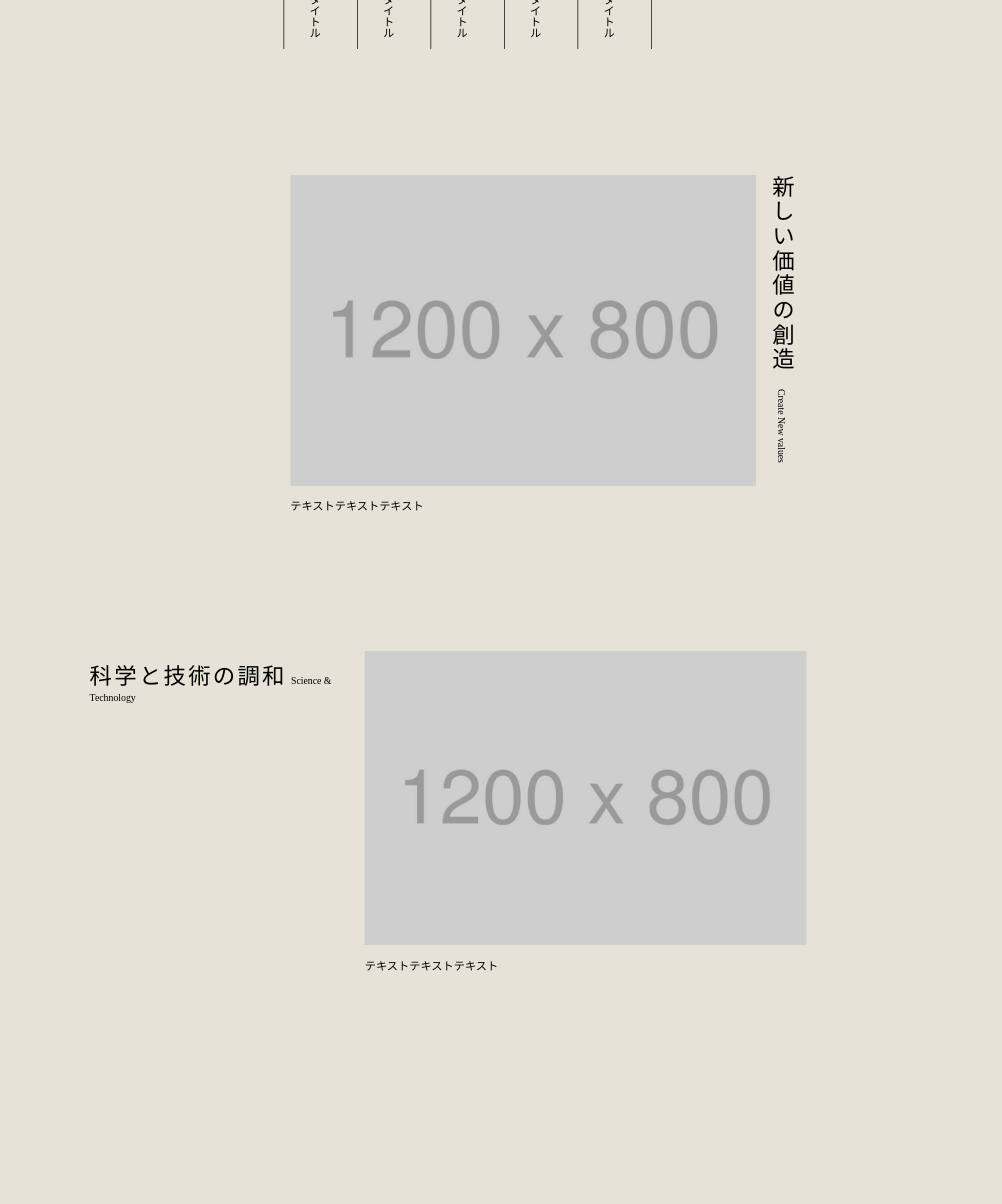
Repository: Fuki-san/wagashi
Page: http://localhost/wagashi
These files come from the project's save history. The page is drawn as it stood at one moment and after a run of saves; the edit follows.
The browser window is 1280 px wide. The page is 1432 px wide, so the pictures cover 1432 px, including what lies to the right of the window. The pictures show the part of the page from y = 1300 to 3020 px (the page is 3730 px tall before and 3930 px after), at 70% of full size.
Pictures or frames that could not be fetched are drawn as grey boxes. The page is served by the project's Laravel application, run on PHP 8.4 with Laravel 10.

Above is the page before, as saved 2023-12-09 16:42:36.

After the next 3 saves:
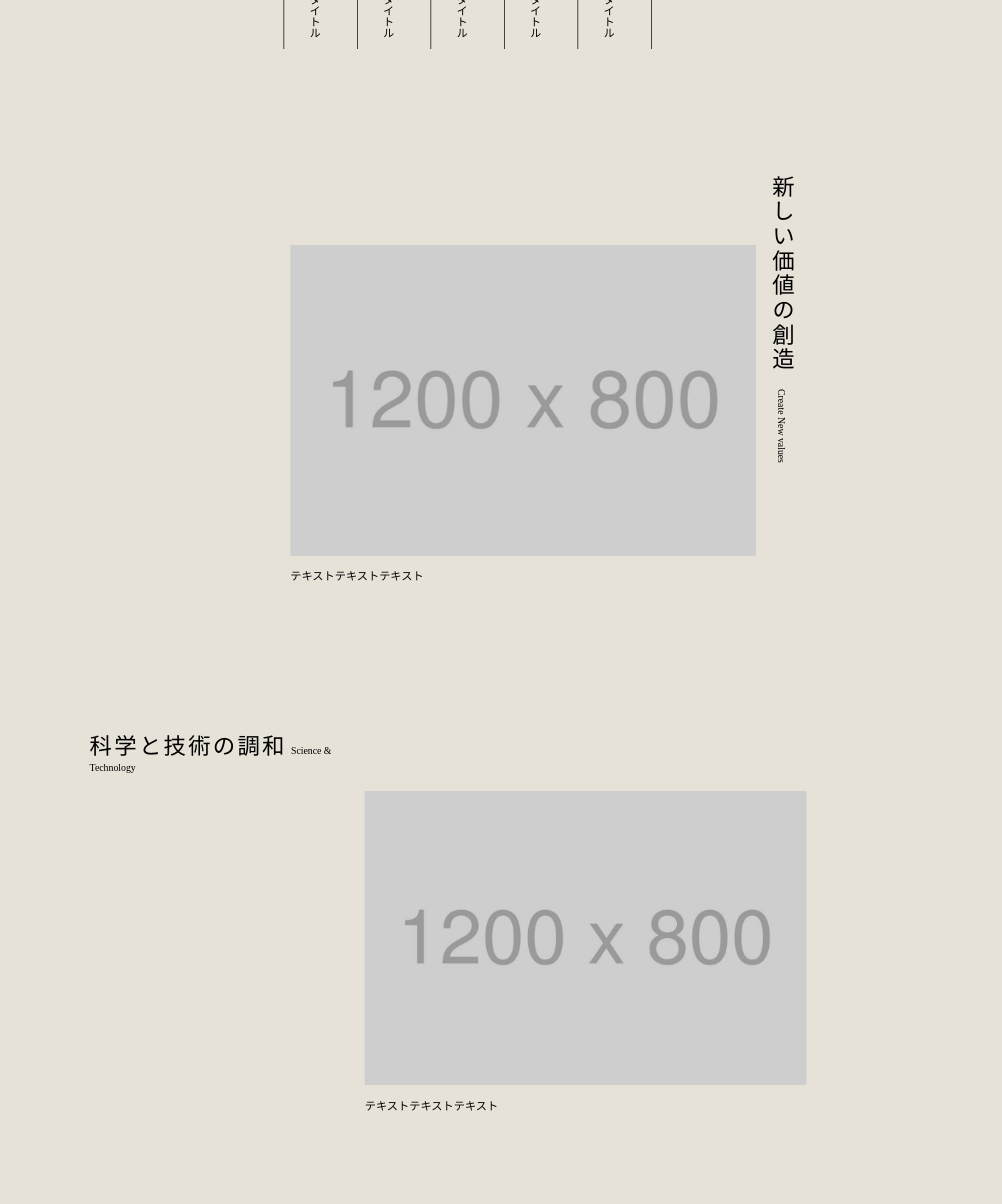
The 3 saves are shown as one change because they came seconds apart.
The last was saved 10 s later.
--- a/public/css/style.css
+++ b/public/css/style.css
@@ -141,7 +141,7 @@ li{
 }
 .products .img{
     width: 65%;
-    padd
+    margin-top: 100px;
     position: relative;
 }
 
